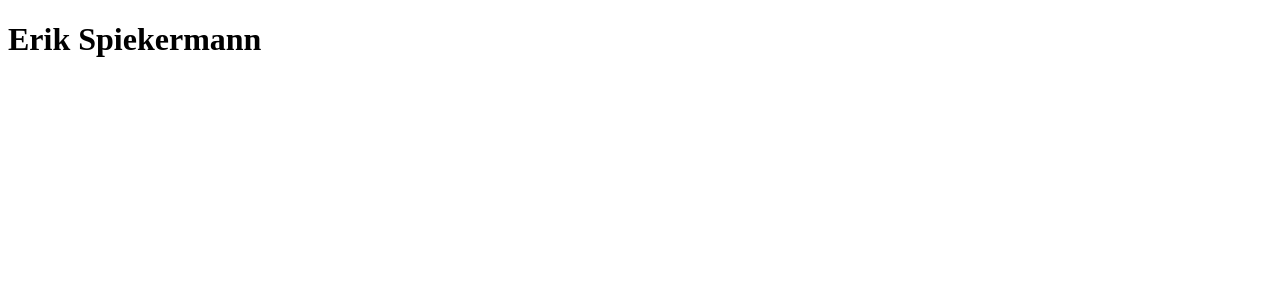
Repository: jones58/jones58-hobby-page.github.io
Page: index.html
The author's editor kept a copy of each file at every save. The page is drawn from the files as they stood at one save, then again after the next save.
The browser window is 1280 px wide. The pictures show the whole page.

Above is the page before, as saved 2023-01-31 19:43:35.

After the next save:
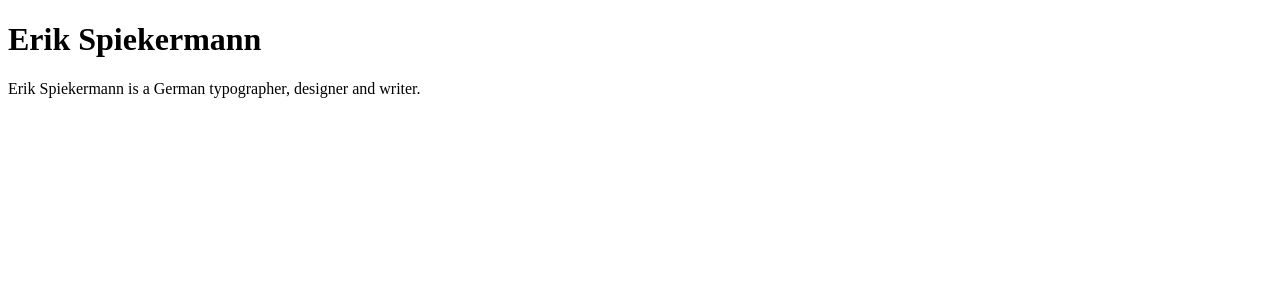
Saved 11 min 57 s later.
--- a/index.html
+++ b/index.html
@@ -7,7 +7,7 @@
 <body>
     <h1>Erik Spiekermann</h1>
 <p>
-
+    Erik Spiekermann is a German typographer, designer and writer.
 </p>
 </body>
 
